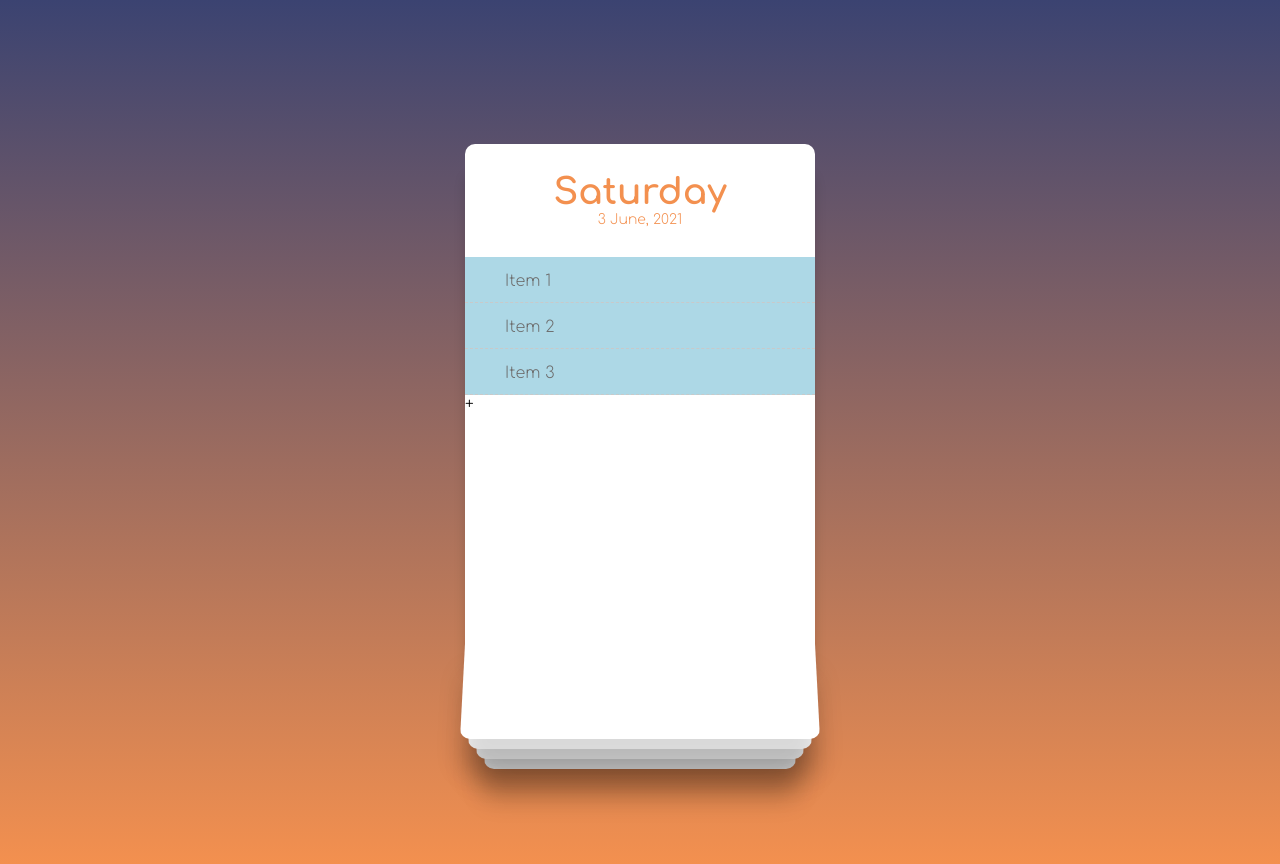
Repository: Colo-Codes/mini-projects
Page: todo-app/index.html
These files come from the project's save history. The page is drawn as it stood at one moment and after the next save; the edit follows.
The browser window is 1280 px wide. The pictures show the whole page.

Above is the page before, as saved 2021-07-04 12:06:16.

### todo-app/index.html
<!DOCTYPE html>
<html lang="en">
    <head>
        <meta charset="UTF-8" />
        <meta http-equiv="X-UA-Compatible" content="IE=edge" />
        <meta name="viewport" content="width=device-width, initial-scale=1.0" />
        <link rel="stylesheet" href="./css/index.css" />
        <title>Mini-Project - ToDo app</title>
    </head>
    <body>
        <div class="changing-background">
            <main class="todo">
                <section id="todo--header">
                    <header>Saturday</header>
                    <p>3 June, 2021</p>
                </section>
                <section id="todo--tasks-list">
                    <ul>
                        <li class="todo--tasks-list--item">Item 1</li>
                        <li class="todo--tasks-list--item">Item 2</li>
                        <li class="todo--tasks-list--item">Item 3</li>
                    </ul>
                </section>
                <section id="todo--footer">
                    <p>+</p>
                </section>
            </main>
            <div id="sheet-1-3d"></div>
            <div id="sheet-2-3d"></div>
            <div id="sheet-3-3d"></div>
            <div id="sheet-4-3d"></div>
        </div>
    </body>
</html>

### todo-app/css/index.css
@import url('https://fonts.googleapis.com/css2?family=Comfortaa:wght@300;700&display=swap');

/* SECTION Initial reset */

html {
    box-sizing: border-box;
    font-size: 16px;
}

*,
*:before,
*:after {
    box-sizing: inherit;
    margin: 0;
    padding: 0;
    /*outline: 1px dashed blue; /* Debugging purposes */
}

/* SECTION Background */

body {
    font-family: 'Comfortaa', cursive;
    background: #f3904f; /* fallback for old browsers */
    background: -webkit-linear-gradient(
        to bottom,
        #3b4371,
        #f3904f
    ); /* Chrome 10-25, Safari 5.1-6 */
    background: linear-gradient(
        to bottom,
        #3b4371,
        #f3904f
    ); /* W3C, IE 10+/ Edge, Firefox 16+, Chrome 26+, Opera 12+, Safari 7+ */
    background-repeat: no-repeat;
    background-size: cover;
    height: 100vh;
}

/* SECTION ToDo container */

.todo {
    margin: auto;
    margin-top: 20vh;
    width: 350px;
    height: 500px;
    background-color: white;
    border-radius: 10px 10px 0 0;
    box-shadow: 0px 30px 12px rgba(0, 0, 0, 0.15);
}

/* ToDo shapes and shadows */

div [id^='sheet-'] {
    margin: auto;
    border-radius: 0 0 10px 10px;
    -webkit-filter: drop-shadow(0px 30px 12px rgba(0, 0, 0, 0.15));
    filter: drop-shadow(0px 30px 12px rgba(0, 0, 0, 0.15));
    -ms-filter: "progid:DXImageTransform.Microsoft.Dropshadow(OffX=0, OffY=30, Color='#444')";
    filter: "progid:DXImageTransform.Microsoft.Dropshadow(OffX=0, OffY=30, Color='#444')";
    /* trapezoidal shape */
    border-bottom: 95px solid white;
    border-left: 5px solid transparent;
    border-right: 5px solid transparent;
}
#sheet-1-3d {
    width: 360px;
    height: 95px;
    margin: auto;
    border-radius: 0 0 10px 10px;
    position: relative;
    z-index: 1;
}
#sheet-2-3d {
    width: 344px;
    height: 95px;
    margin: auto;
    margin-top: -85px;
    border-radius: 0 0 10px 10px;
    position: relative;
    z-index: -1;
}
#sheet-3-3d {
    width: 328px;
    height: 95px;
    margin: auto;
    margin-top: -85px;
    border-radius: 0 0 10px 10px;
    position: relative;
    z-index: -2;
}
#sheet-4-3d {
    width: 312px;
    height: 95px;
    margin: auto;
    margin-top: -85px;
    border-radius: 0 0 10px 10px;
    position: relative;
    z-index: -3;
}

/* SECTION ToDo header */

#todo--header header {
    padding-top: 1.75rem;
    font-size: 2.25rem;
    font-weight: 700;
    text-align: center;
    color: #f3904f;
}

#todo--header p {
    font-size: 0.875rem;
    text-align: center;
    color: #f3904f;
}

/* SECTION ToDo list of tasks */

#todo--tasks-list {
    margin-top: 1.875rem;
}

.todo--tasks-list--item {
    font-size: 1rem;
    color: #6d6d6d;
    height: 46px;
    border-bottom: 1px dashed #c9c9c9;
    margin: auto 0;
    padding-left: 40px;
    list-style: none;
    padding-top: 15px;
    background-color: lightblue;
}

After the next save:
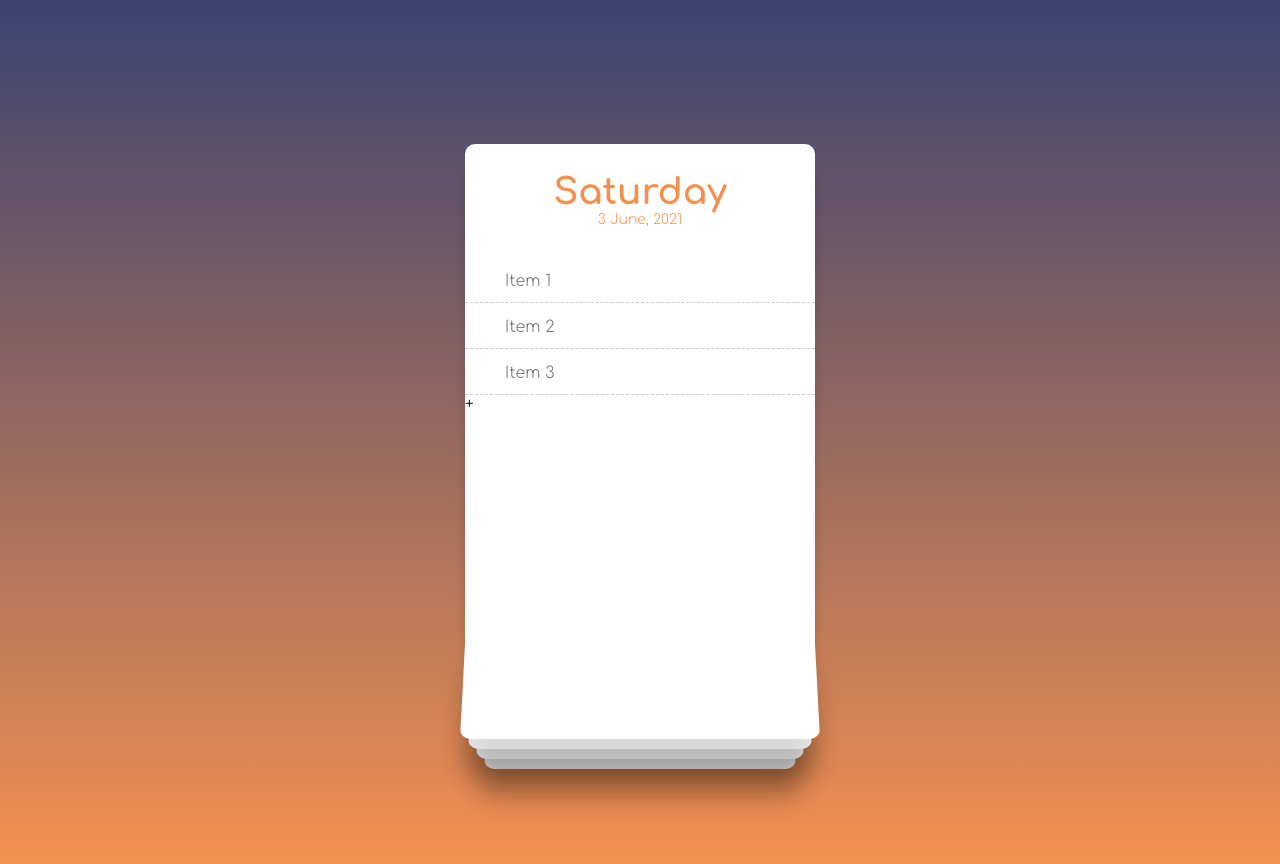
Saved 11 s later.
--- a/todo-app/css/index.css
+++ b/todo-app/css/index.css
@@ -129,5 +129,4 @@ div [id^='sheet-'] {
     padding-left: 40px;
     list-style: none;
     padding-top: 15px;
-    background-color: lightblue;
 }
